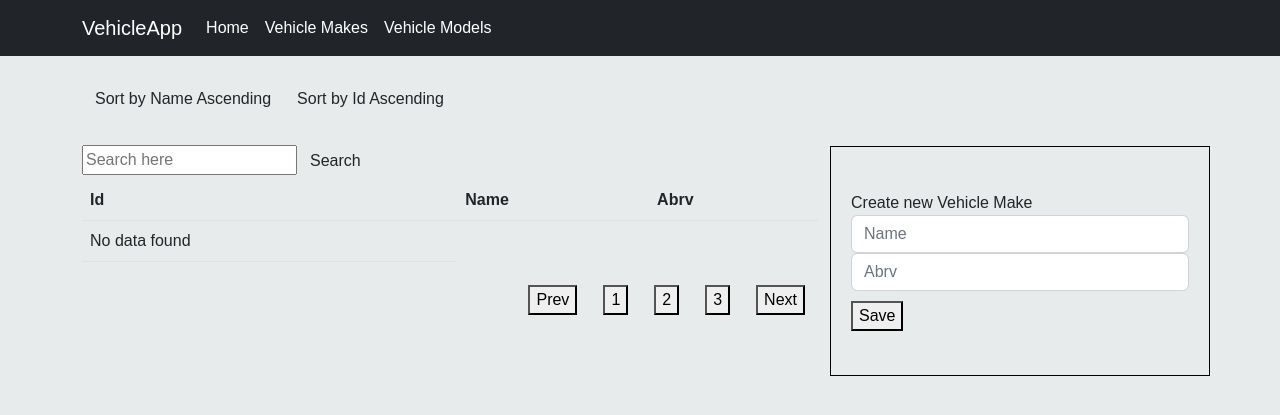
Repository: magdalenarajic/VehicleFrontend
Page: /Makes
The author's editor kept a copy of each file at every save. The page is drawn from the files as they stood at one save, then again after the next save.
The browser window is 1280 px wide. The pictures show the whole page.
The page's requests for data from a server got no answer. The project was rebuilt for these pictures with package versions that can differ from the ones it lists, and the page was loaded fresh each time. No one was signed in, and anything a server would have sent is missing. Also part of the build but not shown: src/components/Home.js, src/services/modelService.js, src/stores/modelStore.js, src/components/VehicleModel.js.

Above is the page before, as saved 2023-03-11 09:51:40.

### public/index.html
<!DOCTYPE html>
<html lang="en">
  <head>
    <meta charset="utf-8" />
    <link rel="icon" href="%PUBLIC_URL%/favicon.ico" />
    <meta name="viewport" content="width=device-width, initial-scale=1" />
    <meta name="theme-color" content="#000000" />
    <meta
      name="description"
      content="Web site created using create-react-app"
    />
    <link rel="apple-touch-icon" href="%PUBLIC_URL%/logo192.png" />
    <!--
      manifest.json provides metadata used when your web app is installed on a
      user's mobile device or desktop. See https://developers.google.com/web/fundamentals/web-app-manifest/
    -->
    <link rel="manifest" href="%PUBLIC_URL%/manifest.json" />
    <!--
      Notice the use of %PUBLIC_URL% in the tags above.
      It will be replaced with the URL of the `public` folder during the build.
      Only files inside the `public` folder can be referenced from the HTML.

      Unlike "/favicon.ico" or "favicon.ico", "%PUBLIC_URL%/favicon.ico" will
      work correctly both with client-side routing and a non-root public URL.
      Learn how to configure a non-root public URL by running `npm run build`.
    -->
    <link
  rel="stylesheet"
  href="https://cdn.jsdelivr.net/npm/bootstrap@5.2.3/dist/css/bootstrap.min.css"
  integrity="sha384-rbsA2VBKQhggwzxH7pPCaAqO46MgnOM80zW1RWuH61DGLwZJEdK2Kadq2F9CUG65"
  crossorigin="anonymous"
/>
    <title>React App</title>
  </head>
  <body>
    <noscript>You need to enable JavaScript to run this app.</noscript>
    <div id="root"></div>
    <!--
      This HTML file is a template.
      If you open it directly in the browser, you will see an empty page.

      You can add webfonts, meta tags, or analytics to this file.
      The build step will place the bundled scripts into the <body> tag.

      To begin the development, run `npm start` or `yarn start`.
      To create a production bundle, use `npm run build` or `yarn build`.
    -->
  </body>
</html>

### src/index.css
body {
  background-color: rgb(231, 235, 236);
  font-family: -apple-system, BlinkMacSystemFont, 'Segoe UI', 'Roboto', 'Oxygen',
    'Ubuntu', 'Cantarell', 'Fira Sans', 'Droid Sans', 'Helvetica Neue',
    sans-serif;
}

code {
  font-family: source-code-pro, Menlo, Monaco, Consolas, 'Courier New',
    monospace;
}

### src/App.js
import './App.css';
import { Home } from './components/Home';
import VehicleMake  from './components/VehicleMake';
import {Navigation} from './components/Navigation';
import VehicleModel from './components/VehicleModel';

import {BrowserRouter, Route, Routes} from 'react-router-dom';

function App() {
  return (
    <BrowserRouter>
    <div >
    <header>
      </header>
      <div>
      <Navigation/>
       <Routes>
        <Route path='/' element={<Home/>} />
        <Route path='/Makes' element={<VehicleMake/>} />
        <Route path='/Models' element={<VehicleModel/>} />
       </Routes>
    </div>
    </div>
    </BrowserRouter>
  );
}

export default App;

### src/App.css
.App {
  text-align: center;
}
body {
  font-family: Arial;
}

### src/components/VehicleMake.js
import React, { useEffect, useState } from "react";
import { Observer } from "mobx-react";
import makeStore from "../stores/makeStore";
import { Container, Table, Col, Row, CloseButton, ListGroup, ListGroupItem,  } from "react-bootstrap";

const MakeList = () => {
  const [showForm, setShowForm] = useState(false);
  const handleShow = () => setShowForm(true);

  const [error, setErrorForm] = useState(false);
  const handleError = () => setErrorForm(true);

  const [name, setName] = useState("");
  const [abrv, setAbrv] = useState("");

  const [editName, setEditName] = useState("");
  const [editAbrv, setEditAbrv] = useState("");
  const [editId, setEditId] = useState("");

  const [searchInput, setSearchInput] = useState("");

  useEffect(() => {
    makeStore.getData();
  }, []);

  const getSingleData = (id) => {
    handleShow();
    makeStore.getSingleData(id).then((result) => {
      setEditName(result.data.Name);
      setEditAbrv(result.data.Abrv);
      setEditId(result.data.Id);
    });
  };

  const updateData = () => {
    const data = {
      name: editName,
      abrv: editAbrv,
    };
    const id = {
      Id: editId,
    };
    console.log(data, id);
    makeStore.updateData(editName, editAbrv, editId);
    setEditName("");
    setEditAbrv("");
    setEditId("");
  };

  const deleteData = (id) => {
    makeStore.deleteData(id);
  };

  const saveData = () => {
    if (abrv === "" && name === "") {
      handleError();
    } else {
      makeStore.createData(abrv, name);
      setName("");
      setAbrv("");
      window.location.reload(true);
    };
  };

  const handleSort = () => {
    makeStore.sortData();
  };

  const handleGetData = () => {
    makeStore.getData();
  };

  const handleFilterData = () => {
    console.log(searchInput);
    makeStore.filterDataByName(searchInput);
    setSearchInput("");
  };

  return (
    <Observer>
      {() => (
        <>
          <Container>
            <Row>
              <Col sm={8}>
                <Col>
                  {" "}
                  <br />
                  <button
                    variant="outline-dark"
                    className="btn "
                    onClick={() => handleSort()}
                  >
                    Sort by Name Ascending
                  </button>
                  <button
                    variant="outline-dark"
                    className="btn"
                    onClick={() => handleGetData()}
                  >
                    Sort by Id Ascending
                  </button>
                </Col>
                <Col>
                  <br />
                  <input
                    type={"text"}
                    placeholder="Search here"
                    value={searchInput}
                    onChange={(e) => setSearchInput(e.target.value)}
                  />
                  <button className="btn" onClick={handleFilterData}>
                    Search
                  </button>
                </Col>
                <Table>
                  <thead>
                    <tr>
                      <th> Id </th>
                      <th> Name</th>
                      <th> Abrv</th>
                    </tr>
                  </thead>
                  <tbody>
                    {makeStore.vehicleData &&
                    makeStore.vehicleData.length > 0 ? (
                      makeStore.vehicleData.map((make, index) => {
                        return (
                          <tr key={index}>
                            <td>{make.Id}</td>
                            <td>{make.Name}</td>
                            <td>{make.Abrv}</td>
                            <td>
                              <button
                                className="btn btn-dark"
                                onClick={() => deleteData(make.Id)}
                                style={{
                                  marginRight: "10px",
                                }}
                              >
                                Delete
                              </button>
                              <button
                                className="btn btn-dark"
                                onClick={() => getSingleData(make.Id)}
                              >
                                Edit
                              </button>
                            </td>
                          </tr>
                        );
                      })
                    ) : (
                      <tr>
                        <td>No data found</td>
                      </tr>
                    )}
                  </tbody>
                </Table>
                <Col>
                <nav>
  <ul className="pagination justify-content-end">
    <li className="btn" variant="outline-dark"> <button> Prev </button> </li>
    <li class="btn" variant="outline-dark"><button> 1 </button></li>
    <li class="btn" variant="outline-dark"><button> 2 </button></li>
    <li class="btn" variant="outline-dark"><button> 3 </button></li>
    <li class="btn" variant="outline-dark"><button> Next </button></li>
  </ul>
</nav>
            </Col>
              </Col>
              <Col
                sm={4}
                style={{
                  height: "95%",
                  border: "1px solid black",
                  alignSelf: "center",
                  padding: "20px",
                  marginTop: "90px"
                }}
              >
                <br />
                <label> Create new Vehicle Make</label>
                <br />
                <input
                  type={"text"}
                  className="form-control"
                  placeholder="Name"
                  value={name}
                  onChange={(e) => setName(e.target.value)}
                  required
                ></input>
                <input
                  type={"text"}
                  className="form-control"
                  placeholder="Abrv"
                  value={abrv}
                  onChange={(e) => setAbrv(e.target.value)}
                  required
                ></input>
                <Col>
                  <button
                    className="create-button"
                    onClick={() => saveData()}
                    style={{
                      marginTop: "10px",
                    }}
                  >
                    Save
                  </button>
                </Col>
                {error && (
                  <Col>
                    <label> Please enter name and abrv!</label>
                  </Col>
                )}
                <br></br>
              </Col>
            </Row>
            {showForm && (
              <Col
                style={{
                  height: "95%",
                  border: "1px solid black",
                  alignSelf: "center",
                  padding: "20px",
                }}
              >
                <Col>
                  <CloseButton
                    style={{ float: "right" }}
                    variant="dark"
                    onClick={() => setShowForm(false)}
                  />
                  <br />
                </Col>
                <label> Update Vehicle Make</label>
                <br />
                <input
                  type={"text"}
                  className="form-control"
                  placeholder="Name"
                  value={editName}
                  onChange={(e) => setEditName(e.target.value)}
                ></input>
                <input
                  type={"text"}
                  className="form-control"
                  placeholder="Abrv"
                  value={editAbrv}
                  onChange={(e) => setEditAbrv(e.target.value)}
                ></input>
                <Col>
                  <button
                    className="create-button"
                    style={{
                      marginTop: "10px",
                    }}
                    onClick={() => updateData()}
                  >
                    Save Changes
                  </button>
                </Col>
                <br></br>
              </Col>
            )}
          </Container>
        </>
      )}
    </Observer>
  );
};

export default MakeList;

### src/components/Navigation.js
import React, { Component } from "react";
import { Navbar, Nav , Container} from "react-bootstrap";


export class Navigation extends Component {
  render() {
    return (
      <Navbar bg="dark" variant="dark">
      <Container>
      <Navbar.Brand href="#home">VehicleApp </Navbar.Brand>
        <Nav variant="pills" className="me-auto" >
          <Nav.Link className="d-inline p-2 text-white " href="/">
            Home
          </Nav.Link>
          <Nav.Link className="d-inline p-2 text-white" href="/makes">
            Vehicle Makes
          </Nav.Link>
          <Nav.Link className="d-inline p-2 text-white" href="/models">
            Vehicle Models
          </Nav.Link>
        </Nav>
        </Container>
      </Navbar>
    );
  }
}

### src/stores/makeStore.js
import { observable, action, makeObservable } from "mobx";
import makeService from "../services/makeService";

class MakeStore {
  constructor() {
    makeObservable(this, {
      status: observable,
      vehicleData: observable,
      singleData: observable,
      getData: action,
      createData: action,
      deleteData: action,
      updateData: action,
      getSingleData: action,
    });
  }

  status = "initial";
  vehicleData = [];
  singleData = [];

  getData = () => {
    makeService
      .getVehicleMakes()
      .then((result) => {
        this.vehicleData = result.data;
      })
      .catch((error) => {
        console.log(error);
        this.status = "error";
      });
  };

  getSingleData = (id) => {
    return makeService.getVehicleMake(id);
  };

  createData = (abrv, name) => {
    const vehicleData = { Abrv: abrv, Name: name };

    makeService.postVehicleMake(vehicleData).then((response) => {
      if (response.body === true) {
        this.status = "success";
        this.getData();
      }
    });
  };

  deleteData = (id) => {
    makeService.deleteVehicleMake(id).then((response) => {
      this.getData();
    });
  };

  updateData = (name, abrv, id) => {
    const singleData = { Name: name, Abrv: abrv };
    makeService.putVehicleMake(id, singleData).then((response) => {
      this.getData();
    });
  };

  sortData = () => {
    makeService
      .getOrderedMakes()
      .then((result) => {
        this.vehicleData = result.data;
      })
      .catch((error) => {
        console.log(error);
        this.status = "error";
      });
  };

  filterDataByName = (searchInput) => {
    const name = searchInput;
    makeService.getFilteredMakes(name)
    .then((result) => {
      this.vehicleData = result.data;
      console.log(result);
    })
    .catch((error) => {
      console.log(error);
      this.status = "error";
    });
  }
}

const makeStore = new MakeStore();

// makeStore.getSingleData(60).then((result) => console.log(result.data));
export default makeStore;

### src/services/makeService.js
import axios from "axios";

const errorHandler = (error) => {
  console.log(error);
};

const baseUrl = "https://localhost:44304/api/VehicleMakes";

class MakeService {
  getVehicleMakes = () => {
    return axios.get(`${baseUrl}`).catch(errorHandler);
  };

  getVehicleMake = (id) => {
    return axios.get(`${baseUrl}/${id}`).catch(errorHandler);
  };

  item = {
    Name: " ",
    Abrv: " ",
  };
  postVehicleMake = (item) => {
    return axios.post(`${baseUrl}`, item).catch(errorHandler);
  };

  deleteVehicleMake = (id) => {
    return axios.delete(`${baseUrl}/${id}/`).catch(errorHandler);
  };

  putVehicleMake = (id, item) => {
    return axios.put(`${baseUrl}/${id}`, item).catch(errorHandler);
  };

  getOrderedMakes = () => {
    return axios
      .get("https://localhost:44304/api/OrderedVehicleMakes")
      .catch(errorHandler);
  };

  getFilteredMakes = (name) => {
    return axios
      .get(`https://localhost:44304/api/FilteredVehicleMakes?name=${name}`)
      .catch(errorHandler);
  };

}
const makeService = new MakeService();
export default makeService;
// testing -- getVehicleMakes().then((result) => console.log(result));

Loaded but not shown: src/index.js (common file); src/reportWebVitals.js (common file)

After the next save:
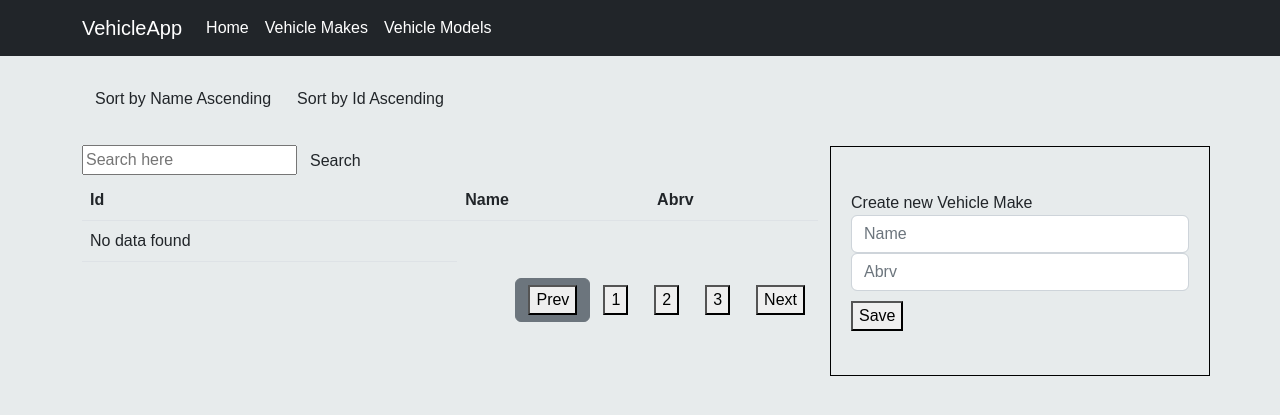
Saved 52 s later.
--- a/src/components/VehicleMake.js
+++ b/src/components/VehicleMake.js
@@ -160,11 +160,11 @@
                 <Col>
                 <nav>
   <ul className="pagination justify-content-end">
-    <li className="btn" variant="outline-dark"> <button> Prev </button> </li>
-    <li class="btn" variant="outline-dark"><button> 1 </button></li>
-    <li class="btn" variant="outline-dark"><button> 2 </button></li>
-    <li class="btn" variant="outline-dark"><button> 3 </button></li>
-    <li class="btn" variant="outline-dark"><button> Next </button></li>
+    <li className="btn btn-secondary" variant="outline-dark"> <button> Prev </button> </li>
+    <li className="btn" variant="outline-dark"><button> 1 </button></li>
+    <li className="btn" variant="outline-dark"><button> 2 </button></li>
+    <li className="btn" variant="outline-dark"><button> 3 </button></li>
+    <li className="btn" variant="outline-dark"><button> Next </button></li>
   </ul>
 </nav>
             </Col>

After the 2 saves that followed:
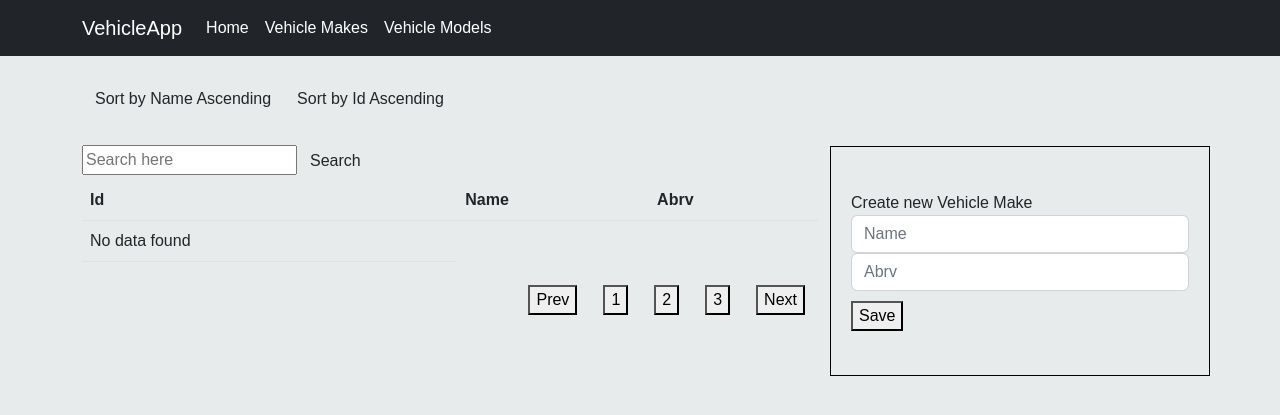
The 2 saves are shown as one change because 1 left the picture as it was.
The last was saved 26 s later.
--- a/src/components/VehicleMake.js
+++ b/src/components/VehicleMake.js
@@ -160,7 +160,7 @@
                 <Col>
                 <nav>
   <ul className="pagination justify-content-end">
-    <li className="btn btn-secondary" variant="outline-dark"> <button> Prev </button> </li>
+    <li className="btn" variant="outline-dark"> <button> Prev </button> </li>
     <li className="btn" variant="outline-dark"><button> 1 </button></li>
     <li className="btn" variant="outline-dark"><button> 2 </button></li>
     <li className="btn" variant="outline-dark"><button> 3 </button></li>
